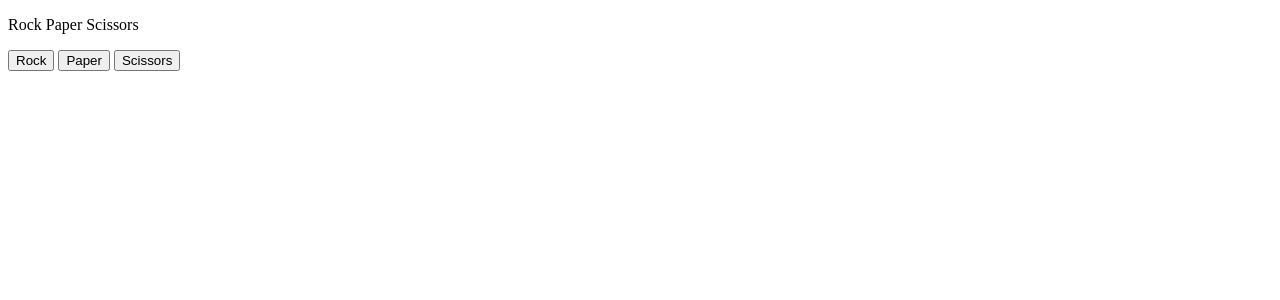
Repository: Samkiroko/Javascript-course
Page: 08-rock-paper-scissor.html
The author's editor kept a copy of each file at every save. The page is drawn from the files as they stood at one save, then again after the next save.
The browser window is 1280 px wide. The pictures show the whole page.

Above is the page before, as saved 2023-08-23 12:49:14.

### 08-rock-paper-scissor.html
<!DOCTYPE html>
<html>
  <head>
    <title>Rock Paper Scissors</title>
  </head>
  <body>
    <p>Rock Paper Scissors</p>
    <button
      onclick="
      playGame('rock');
    "
    >
      Rock
    </button>

    <button
      onclick="
      playGame('paper');
    "
    >
      Paper
    </button>

    <button
      onclick="
      playGame('scissors');
    "
    >
      Scissors
    </button>

    <script>
      const score = {
        wins: 0,
        losses: 0,
        ties: 0,
      };

      function playGame(playerMove) {
        const computerMove = pickComputerMove();

        let result = '';

        if (playerMove === 'scissors') {
          if (computerMove === 'rock') {
            result = 'You lose.';
          } else if (computerMove === 'paper') {
            result = 'You win.';
          } else if (computerMove === 'scissors') {
            result = 'Tie.';
          }
        } else if (playerMove === 'paper') {
          if (computerMove === 'rock') {
            result = 'You win.';
          } else if (computerMove === 'paper') {
            result = 'Tie.';
          } else if (computerMove === 'scissors') {
            result = 'You lose.';
          }
        } else if (playerMove === 'rock') {
          if (computerMove === 'rock') {
            result = 'Tie.';
          } else if (computerMove === 'paper') {
            result = 'You lose.';
          } else if (computerMove === 'scissors') {
            result = 'You win.';
          }
        }

        if (result == 'You win.') {
          score.wins++;
        } else if (result == 'You lose.') {
          score.losses++;
        } else if (result == 'Tie.') {
          score.ties++;
        }

        alert(
          `You picked ${playerMove}. Computer picked ${computerMove}. ${result}
            Wins: ${score.wins}, Losses: ${score.losses}, Ties: ${score.ties}`
        );
      }

      function pickComputerMove() {
        const randomNumber = Math.random();

        let computerMove = '';

        if (randomNumber >= 0 && randomNumber < 1 / 3) {
          computerMove = 'rock';
        } else if (randomNumber >= 1 / 3 && randomNumber < 2 / 3) {
          computerMove = 'paper';
        } else if (randomNumber >= 2 / 3 && randomNumber < 1) {
          computerMove = 'scissors';
        }

        return computerMove;
      }
    </script>
  </body>
</html>

After the next save:
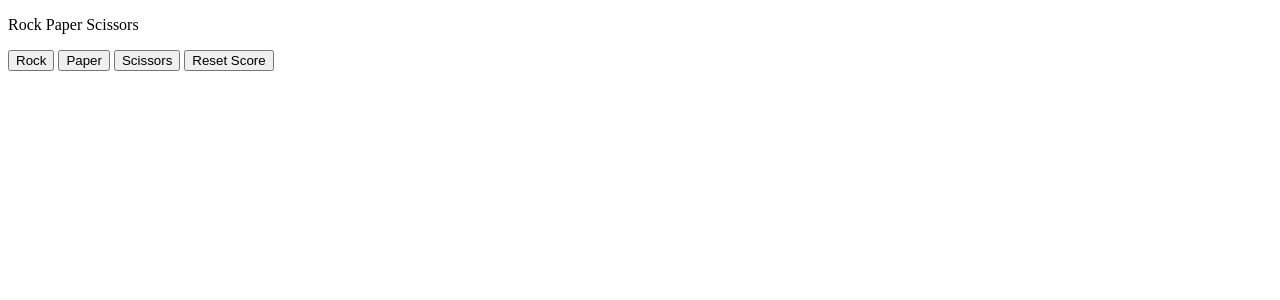
Saved 80 s later.
--- a/08-rock-paper-scissor.html
+++ b/08-rock-paper-scissor.html
@@ -27,6 +27,15 @@
     "
     >
       Scissors
+    </button>
+    <button
+      onclick="
+    score.wins = 0;
+    score.losses = 0;
+    score.ties = 0;
+    "
+    >
+      Reset Score
     </button>
 
     <script>
